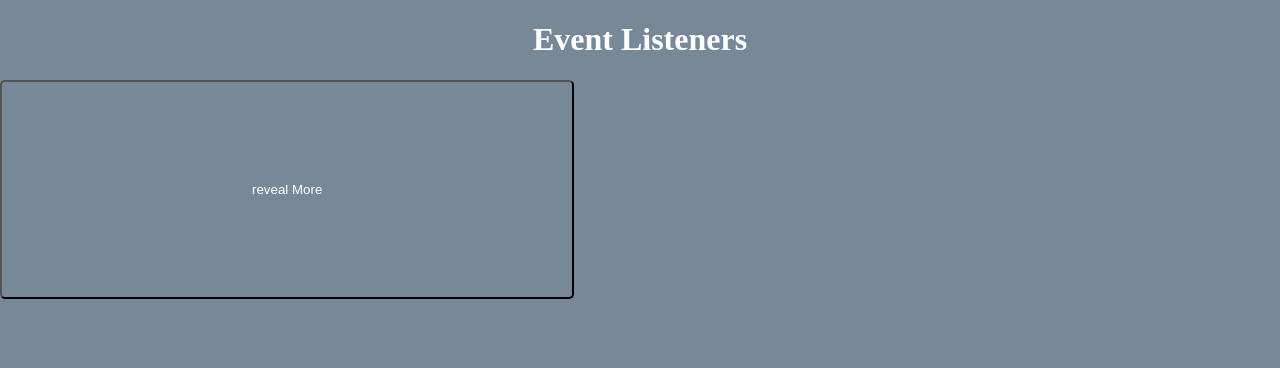
Repository: wakoya-tech/react-project
Page: Desktop/shaakala/aye/index.html
The author's editor kept a copy of each file at every save. The page is drawn from the files as they stood at one save, then again after the next save.
The browser window is 1280 px wide. The pictures show the whole page.

Above is the page before, as saved 2025-08-29 14:16:11.

### Desktop/shaakala/aye/index.html
<!DOCTYPE html>
<html lang="en">
<head>
    <meta charset="UTF-8">
    <meta name="viewport" content="width=device-width, initial-scale=1.0">
    <title>Master Dom Manipulation</title>
</head>
<style>
    body{
        background-color: lightslategrey;
        padding: 0;
        margin: 0;
        color: white;
    }
.container{
    /*border: 1px solid white ;
    margin: 30px 100px 100px 100px;
    padding: 10px;*/
    text-align: center;
    align-items: center;
    display: flex;
    transform: 0.3%;

}
#main-heading{
    align-items: center;
    text-align: center;

}
/*.reveal-btn .boxes{
    font-family: Verdana, Geneva, Tahoma, sans-serif;
    align-items: center;
    text-align: center;
    justify-content: center;

}*/
button {
    color: white;
padding: 100px;
padding-left: 250px;
padding-right: 250px;
    background-color: lightslategray;
    border-radius: 5px;
    text-align: center;
    align-items: center;
}
.hidden-content {
    display: none;
}
.hidden-content.reveal-btn {
    display: block;
}


</style>
<body>
    <h1 id="main-heading">Event Listeners</h1>
    <div class="container">
        <button class="reveal-btn boxes">reveal More</button>
        <div class="hidden-content boxes">
            Lorem ipsum dolor sit amet consectetur adipisicing
            elit. Fugiat officia deleniti, ipsam ea,
            veniam fuga facilis quo, recusandae nulla
            unde ullam! Id et, sapiente fugit rem odit
            explicabo at iure illum porro autem ipsa nihil
            amet, tempore sint nostrum beatae eveniet
            ratione ipsum, quae natus
            fugiat corporis! Corporis, nulla quaerat.
        </div>
    </div>
    <script src="../aye/script.js"></script>
</body>
</html>

### Desktop/shaakala/aye/script.js
const revealBtn = document.querySelector('.reveal-btn');
const hiddenContent = document.querySelector('.hidden-content');
function revealContent() {
    if(hiddenContent.classList.contains('reveal-btn')){
        hiddenContent.classList.remove('reveal-btn')
    } else {
        hiddenContent.classList.add('reveal-btn')
    }
}
revealBtn.addEventListener('click',revealContent)

After the next save:
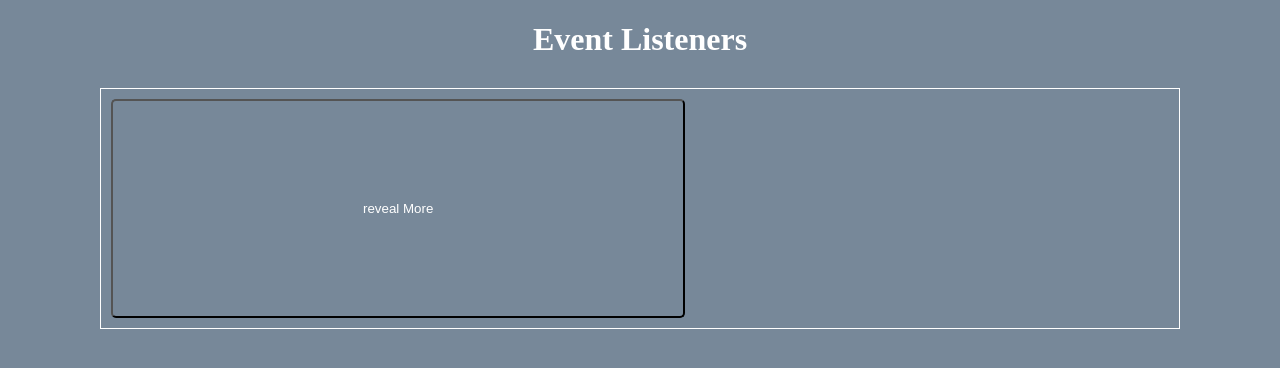
Saved 62 s later.
--- a/Desktop/shaakala/aye/index.html
+++ b/Desktop/shaakala/aye/index.html
@@ -13,7 +13,7 @@
         color: white;
     }
 .container{
-    /*border: 1px solid white ;
+    border: 1px solid white ;
     margin: 30px 100px 100px 100px;
     padding: 10px;*/
     text-align: center;

After the save that followed:
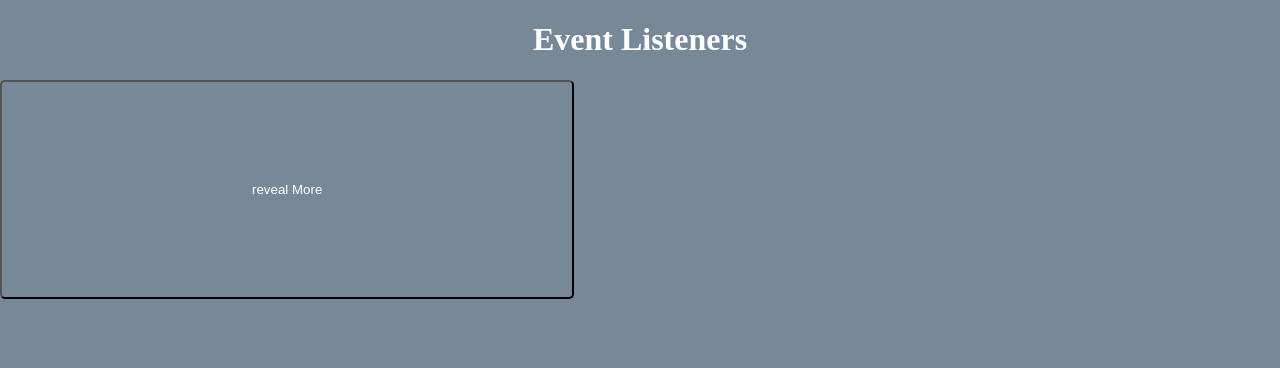
Saved 105 s later.
--- a/Desktop/shaakala/aye/index.html
+++ b/Desktop/shaakala/aye/index.html
@@ -13,13 +13,12 @@
         color: white;
     }
 .container{
-    border: 1px solid white ;
+    /*border: 1px solid white ;
     margin: 30px 100px 100px 100px;
     padding: 10px;*/
     text-align: center;
     align-items: center;
     display: flex;
-    transform: 0.3%;
 
 }
 #main-heading{
@@ -27,13 +26,15 @@
     text-align: center;
 
 }
-/*.reveal-btn .boxes{
+.reveal-btn .boxes{
     font-family: Verdana, Geneva, Tahoma, sans-serif;
     align-items: center;
     text-align: center;
     justify-content: center;
-
-}*/
+    border: 1px solid white ;
+    margin: 30px 100px 100px 100px;
+    padding: 10px;
+}
 button {
     color: white;
 padding: 100px;
